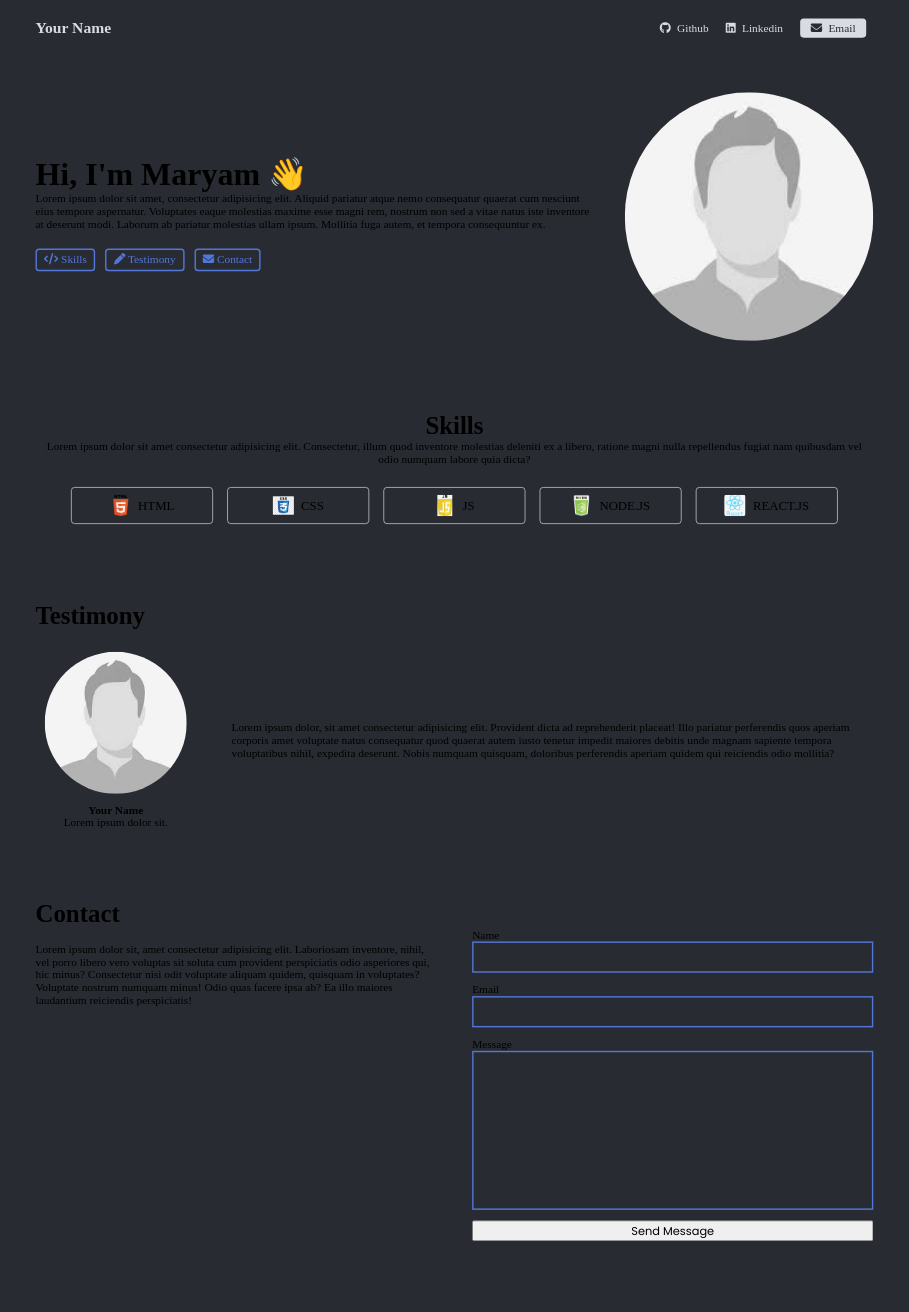
Repository: MaramMaryam/my-portfolio-test
Page: index.html
An editor plug-in stored every save of this project. The page is shown before and after a run of saves, followed by the edit.
The browser window is 1280 px wide. The pictures show the whole page, at 71% of full size.
Some web libraries are served in a nearby version.

Above is the page before, as saved 2024-09-20 19:38:51.

After the next 9 saves:
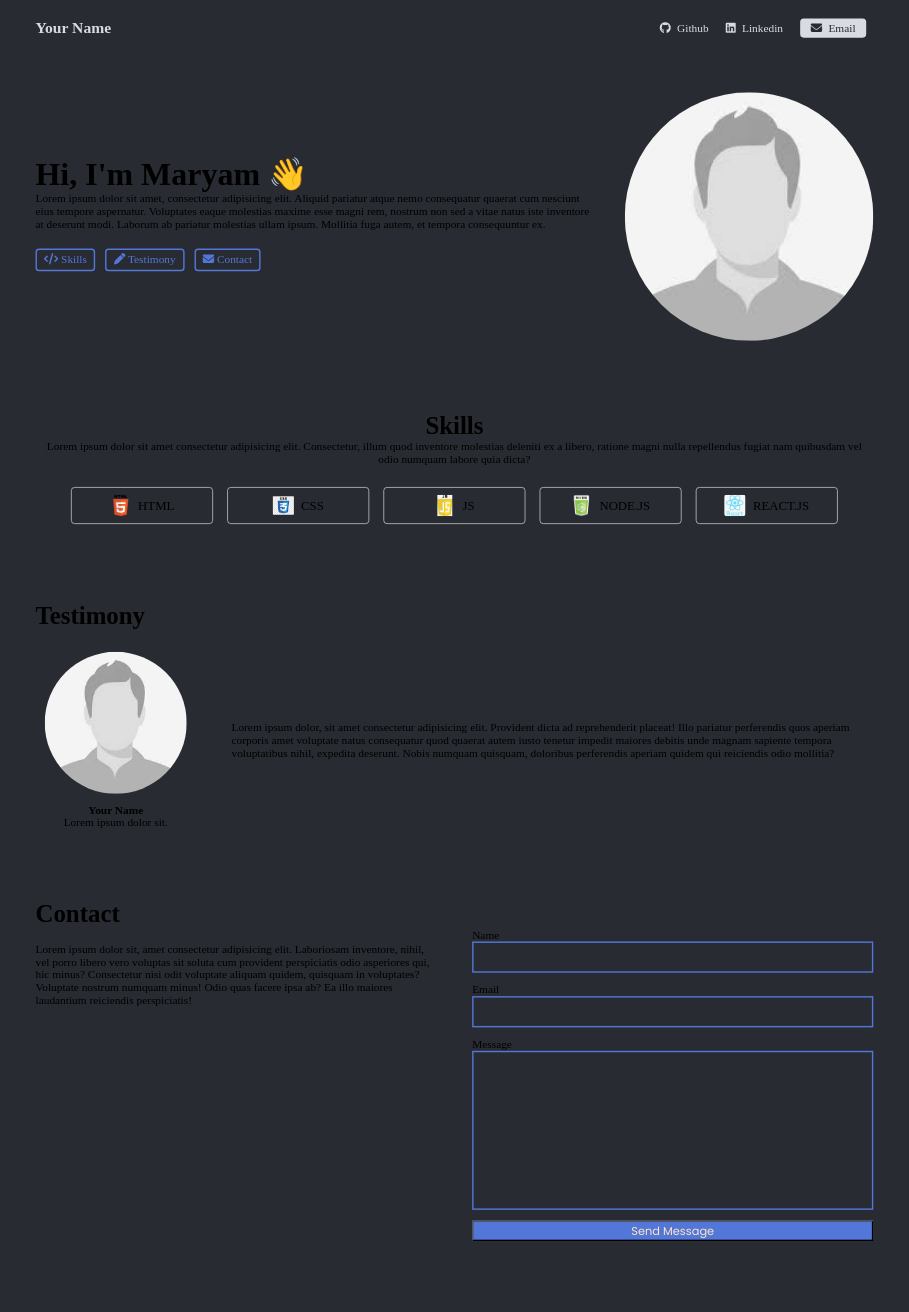
The 9 saves are shown as one change because they came seconds apart.
The last was saved 24 s later.
--- a/styles.css
+++ b/styles.css
@@ -198,7 +198,8 @@ nav .right a span {
   .contact-section .group form button {
     font-size: 16px;
     font-family: 'Poppins', sans-serif;
-    color: ;
+    color: bisque;
+    background-color: var(--link-color);
   }
 
 
